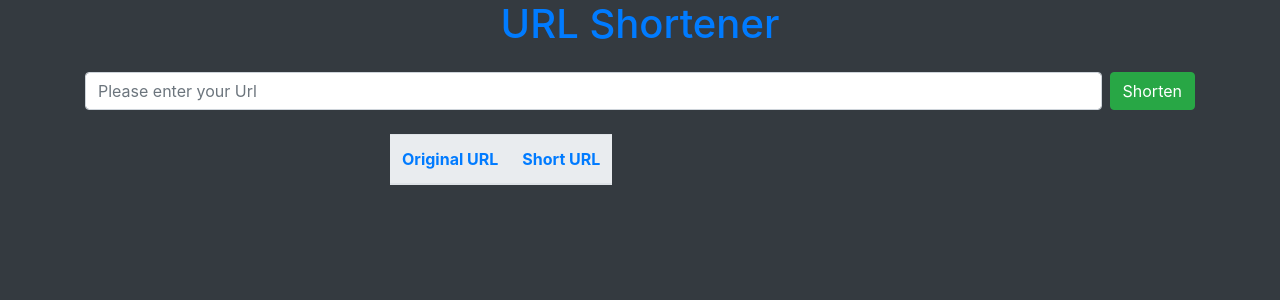
Repository: Art101-ui/Url-shorterner
Page: http://localhost/
The author's editor kept a copy of each file at every save. The page is drawn from the files as they stood at one save, then again after the next save.
The browser window is 1280 px wide. The pictures show the whole page.
The page is served by the project's Node server (server.js). Other server files are loaded and not shown. Queries for data that is not in the repository find no rows.

Above is the page before, as saved 2022-02-24 14:53:07.

### views/index.ejs
<!DOCTYPE html>
<html lang="en">
  <head>
    <meta charset="UTF-8" />
    <meta name="viewport" content="width=device-width, initial-scale=1.0" />
    <meta http-equiv="X-UA-Compatible" content="ie=edge" />
    <link
      rel="stylesheet"
      href="https://stackpath.bootstrapcdn.com/bootstrap/4.4.1/css/bootstrap.min.css"
      integrity="sha384-Vkoo8x4CGsO3+Hhxv8T/Q5PaXtkKtu6ug5TOeNV6gBiFeWPGFN9MuhOf23Q9Ifjh"
      crossorigin="anonymous"
    />
    <title>Document</title>
    <style>
      .contain {
        max-width: 500px;
        margin: auto;
      }
    </style>
  </head>
  <body class="bg-dark">
    <div class="container">
      <h1 class="text-center text-primary">URL Shortener</h1>
      <form action="/shortUrls" method="POST" class="my-4 form-inline">
        <label for="fullUrl" class="sr-only">Url</label>
        <input
          required
          placeholder="Please enter your Url"
          type="url"
          name="fullUrl"
          id="fullUrl"
          class="form-control col mr-2"
        />
        <button class="btn btn-success" type="submit">Shorten</button>
      </form>

      <div class="contain">
        <table class="table text-center table-striped table-responsive">
          <thead class="thead-light">
            <tr>
              <th class="text-primary">Original URL</th>
              <th class="text-primary">Short URL</th>
            </tr>
          </thead>
          <tbody class="thead-light">
            <% shortUrls.forEach(shortUrl => { %>
            <tr>
              <td><a href="<%= shortUrl.full %>"><%= shortUrl.full %></a></td>
              <td><a href="<%= shortUrl.short %>"><%= shortUrl.short %></a></td>
            </tr>
            <% }) %>
          </tbody>
        </table>
      </div>
    </div>
  </body>
</html>

### server.js
const express = require('express');
const mongoose = require('mongoose');
const connectDB = require('./config/db');
const ShortUrl = require('./models/shortUrl');
const app = express();

// mongoose.connect('mongodb://0.0.0.0:27017/urlShortener', {
//   useNewUrlParser: true,
//   useUnifiedTopology: true,
// });

connectDB();

app.set('view engine', 'ejs');
app.use(express.urlencoded({ extended: false }));

app.get('/', async (req, res) => {
  const shortUrls = await ShortUrl.find();
  res.render('index', { shortUrls: shortUrls });
});

app.post('/shortUrls', async (req, res) => {
  await ShortUrl.create({ full: req.body.fullUrl });

  res.redirect('/');
});

app.get('/:shortUrl', async (req, res) => {
  const shortUrl = await ShortUrl.findOne({ short: req.params.shortUrl });
  if (shortUrl == null) return res.sendStatus(404);

  shortUrl.clicks++;
  shortUrl.save();

  res.redirect(shortUrl.full);
});

const PORT = process.env.PORT || 3300;

app.listen(PORT, () => console.log(`Server started on port ${PORT}`));

After the next save:
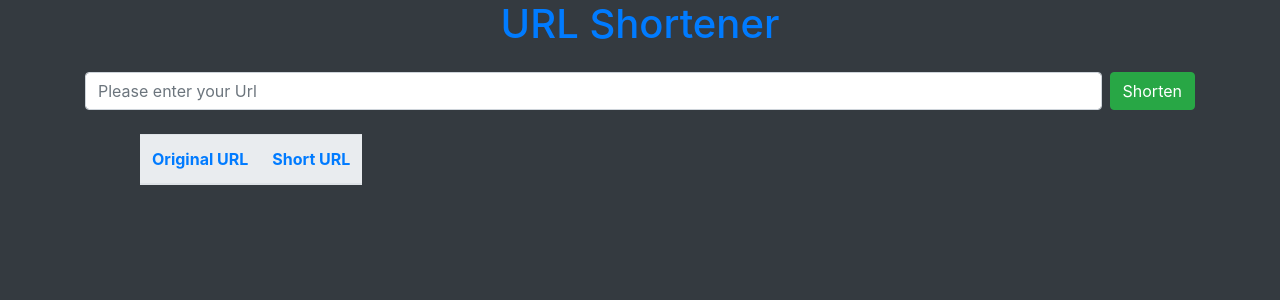
Saved 2 min 0 s later.
--- a/views/index.ejs
+++ b/views/index.ejs
@@ -13,7 +13,7 @@
     <title>Document</title>
     <style>
       .contain {
-        max-width: 500px;
+        max-width: 1000px;
         margin: auto;
       }
     </style>
